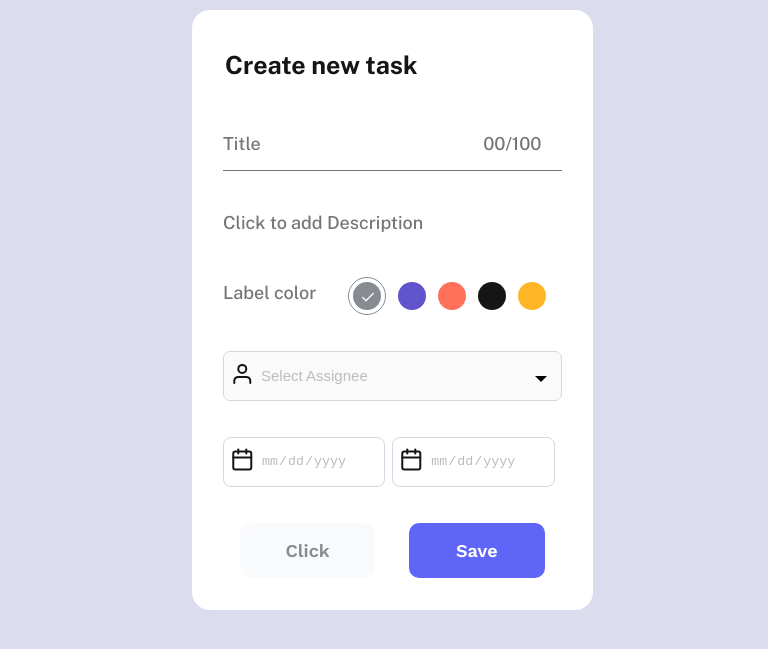
Repository: MorgunovaAlexandra/verstka-form
Page: index.html
These files come from the project's save history. The page is drawn as it stood at one moment and after a run of saves; the edit follows.
The browser window is 768 px wide. The pictures show the whole page.
The style sheet was rebuilt from its Sass, Less or Tailwind sources for each picture, by a compiler version that may differ from the author's.

Above is the page before, as saved 2022-06-24 17:20:03.

### index.html
<!DOCTYPE html>
<html lang="ru">
<head>
    <meta charset="UTF-8">
    <meta http-equiv="X-UA-Compatible" content="IE=edge">
    <meta name="viewport" content="width=device-width, initial-scale=1.0">
    <link rel="stylesheet" href="./css/style.css">
    <title>Document</title>
</head>
<body>
    <div class="wrapper">
       <form class="form">

           <div class="fieldset">
            <legend><b>Create new task</b></legend>
            <div class="form__container __container">
            <div class="text-field">
                <input class="text-field__input" type="text" name="firstname" id="firstname" value=""
                >
                <label class="text-field__label" for="username">Title</label>
                <label class="text-field__label2" for="username">00/100</label>
              </div>
              <div class="form-field__text">Click to add Description</div>
              <div class="form-fied__color field-color">
                  <div class="field-color__text">Label color</div>
                  <div class="field-color__color circle">
                      <div class="circle__border">
                          <div class="circle__color grey">
                              <img class="circle__img" src="./img/done.svg">
                          </div>
                      </div>
                      <div class="circle__color purple"></div>
                      <div class="circle__color red"></div>
                      <div class="circle__color black"></div>
                      <div class="circle__color yellow"></div>
                  </div>
              </div>
              <div class="form-field__select">
                  <div class="select__arrow">
                    <select name="select-category" id="" class="select">
                        <option value="1">Select Assignee</option>
                        <option value="2">Select Assignee</option>
                        <option value="3">Select Assignee</option>
                      </select>
                  </div>
              </div>
              <div class="form-field__date">
                  <div class="data-form">
                    <input class="input" type="date"></input>
                  </div>
                  <div class="data-form">
                    <input class="input" type="date"></input>
                  </div>
              </div>
              <div class="form-field__sibmit submit">
                  <input class="submit__click" type="submit" value="Click">
                  <input class="submit__click save-blue" type="submit" value="Save">
              </div>

              <!-- <div class="form-field__date">
                <div class="form-group">
                    <div class="input-group" id="datetimepicker2">
                      <input type="text" class="form-control" />

                    </div>
                  </div>
              </div> -->
              </div>
           </div>
        </form>
    </div>

    <script src="./script.js"></script>
</body>
</html>

### script.js
 document.getElementById ('firstname').onkeydown=keyDown

function keyDown(){
    let str=document.getElementById ('firstname').value;

    console.log(str.length)
    document.querySelector('.text-field__label2').innerHTML=`${str.length}/100`
}

### scss/style.scss
@import "variables";
@import "mixins";
@import url('https://fonts.googleapis.com/css2?family=Public+Sans:wght@500;700&display=swap');
@import url('https://fonts.googleapis.com/css2?family=Work+Sans:wght@600&display=swap');
body {
   background-color: $ColorBody;
   font-family:$fontFamily ;
   font-weight: $fontWaight;
   line-height: $lineHeight;
   font-size: $fontSize;
   color:$ColorGrey;
}
.__container{
    padding-left: 31px;
    padding-right: 31px;
}
.form{
    width: 495.55px;
    height: 613.21px;
    background-color: white;
    border-radius: 23px;
    box-sizing: border-box;
    position: fixed; top: 50%; left: 50%;
    -webkit-transform: translate(-50%, -50%);
    -ms-transform: translate(-50%, -50%);
    transform: translate(-50%, -50%);
}
legend{
    margin-top: 40px;
    margin-left: 31px;
    font-weight: 700;
    font-size: 25px;
    color:$ColorBlack;
}
.text-field{
    position: relative;
    display: flex;
    justify-content: center;
    margin-top: 46px;
    margin-bottom: 36px;

}
.text-field__input{
    width: 100%;
    height: 40px;
    border: none;
    border-bottom: 1px solid $ColorGrey ;
    padding-left: 60px;
    color:#566789;
    font-size: 18px;
 }

.text-field__input:focus + .text-field__label{
  top:-23px;
}
.text-field__label{
   position: absolute;
   left: 0px;


}
.text-field__label2{
    position: absolute;
    right: 20px;
}
.form-field__text{
    margin-bottom: 38px;
}
.form-fied__color{
    display: flex;
    justify-content: flex-start;
    margin-bottom: 36px;
}
.field-color__text{
margin-right: 32px;
}
.field-color__color{
    display: flex;
   align-items: center;
}

.circle__border{
    position: relative;
    width: 36px;
    height: 36px;
    border-radius: 50%;
    border: 1px solid #878C93;
}
.grey{
    position: absolute;
    width: 28px;
    height: 28px;
    top:4px;
    left: 4px;
    border-color: #878C93;
    border-radius: 50%;
    z-index: 30;

    background-color:
    #878C93;
}
.circle__img{
    position: absolute;
    top:10px;
    left: 8px;
}
.circle__color{
    width: 28px;
    height: 28px;
    border-radius: 50%;
    margin-right:12px ;
}
.purple{
    background-color: #6153CC;
    margin-left: 12px;
}
.red{
    background-color:#FF715B;
}
.black{
    background-color:$ColorBlack;
}
.yellow{
    background-color:#FFB627;
    margin-right:0px ;
}
.select{
    appearance: none;
    border: 1px solid #566789;
    opacity: 26%;
    width: 100%;
    height: 50px;
    border-radius: 7px;
    cursor: pointer;
    padding-left: 37px;
    padding-top: 15px;
    padding-bottom: 16px;
    padding-right: 35px;
    font-size: 15px;

}
.select__arrow{
    position: relative;
}
.select__arrow::after{
content: "";
position: absolute;
top:50%;
right: 15px;
transform: translateY(-50%);
display: block;
width: 12px;
height: 6px;

pointer-events: none;

width: 0;
height: 0;
border-style: solid;
border-width: 6px 6px 0 6px;
border-color: #000000 transparent transparent transparent;
border-style: inset;
-webkit-transform:rotate(360deg);


}
.select__arrow::before{
content: "";
position: absolute;
top:20%;
left: 7px;
background: no-repeat url("../img/user.svg");
width: 34px;
height: 30px;
display: block;
z-index: 44;

}
.data-form{
    margin-top: 36px;
    margin-bottom: 36px;
    position: relative;
    width: 100%;
}
.form-field__date{
    display: flex;
    justify-content: space-between;

}
.data-form::before{
    content: "";
    position: absolute;
    top:20%;
    left: 7px;
    background: no-repeat url("../img/calendar.svg");
    width: 34px;
    height: 30px;
    display: block;
    z-index: 44;

}
.input{
    box-sizing: border-box;
    width: 96%;
    height: 50px;
    border: 1px solid #566789;
    opacity: 26%;
    border-radius: 7.86px;
    padding-left:37px ;
}

.input::-webkit-calendar-picker-indicator{
        display: none;
    }

.input[type="date"]::-webkit-input-placeholder{
        visibility: hidden !important;
    }



.submit__click{
   color:$colorBlackGray;
    opacity: 50%;
    font-weight: 600;
    font-size: 18px;
    font-family: 'Work Sans', sans-serif;
    background-color: #F5F7FB;
    }

.form-field__sibmit{
    display: flex;
    justify-content: space-around;
}
.submit__click{
    width: 40%;
    height: 55px;
    border-radius: 10px;
    border: none

}
.save-blue{
    background-color: #5F65F6;
    opacity: 100%;
    color:white;
}



/* media for 768*/
@media(max-width:768px){
    .form{
    border-radius: 18px;
    width: 400.55px;
    height: 600.21px;
    position: absolute;
    top:10px;
    left: 25%;
    -webkit-transform: none; /* Safari and Chrome */
       -moz-transform: none; /* Firefox */
        -ms-transform: none; /* IE 9 */
         -o-transform: none; /* Opera */
            transform: none;
    }
}

### scss/variables.scss
$bgColor: green;
$fontFamily:'Public Sans', sans-serif;
$fontWaight:500;
$fontSize:18px;
$lineHeight:31.86px;
$ColorBody:#DBDCEE;
$ColorBlack:#151515;
$ColorGrey:#757575;
$colorBlackGray: #151920

### scss/mixins.scss
@mixin vov($color) {
    font-size: 30px;
    background-color:$color ;
}

After the next 2 saves:
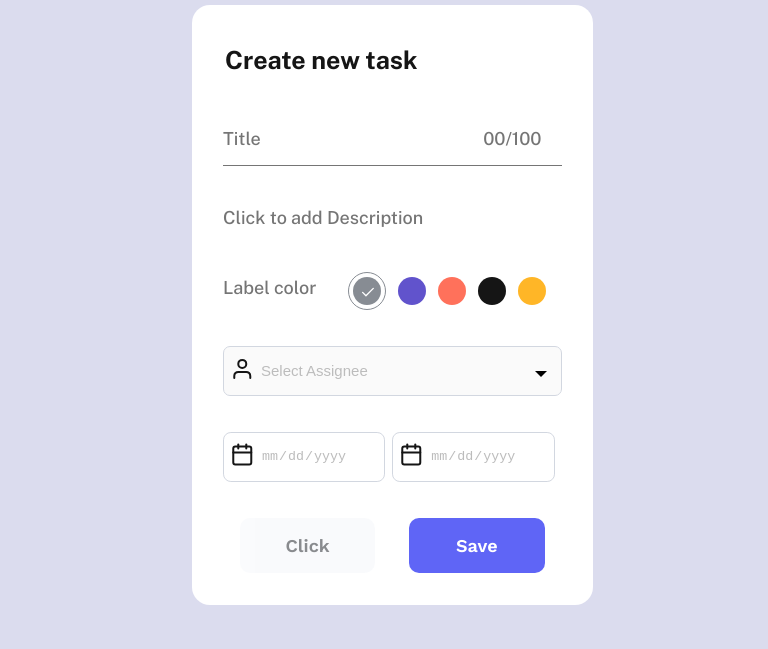
The 2 saves are shown as one change because they came seconds apart.
The last was saved 97 s later.
--- a/scss/style.scss
+++ b/scss/style.scss
@@ -254,7 +254,7 @@ z-index: 44;
     width: 400.55px;
     height: 600.21px;
     position: absolute;
-    top:10px;
+    top:5px;
     left: 25%;
     -webkit-transform: none; /* Safari and Chrome */
        -moz-transform: none; /* Firefox */
